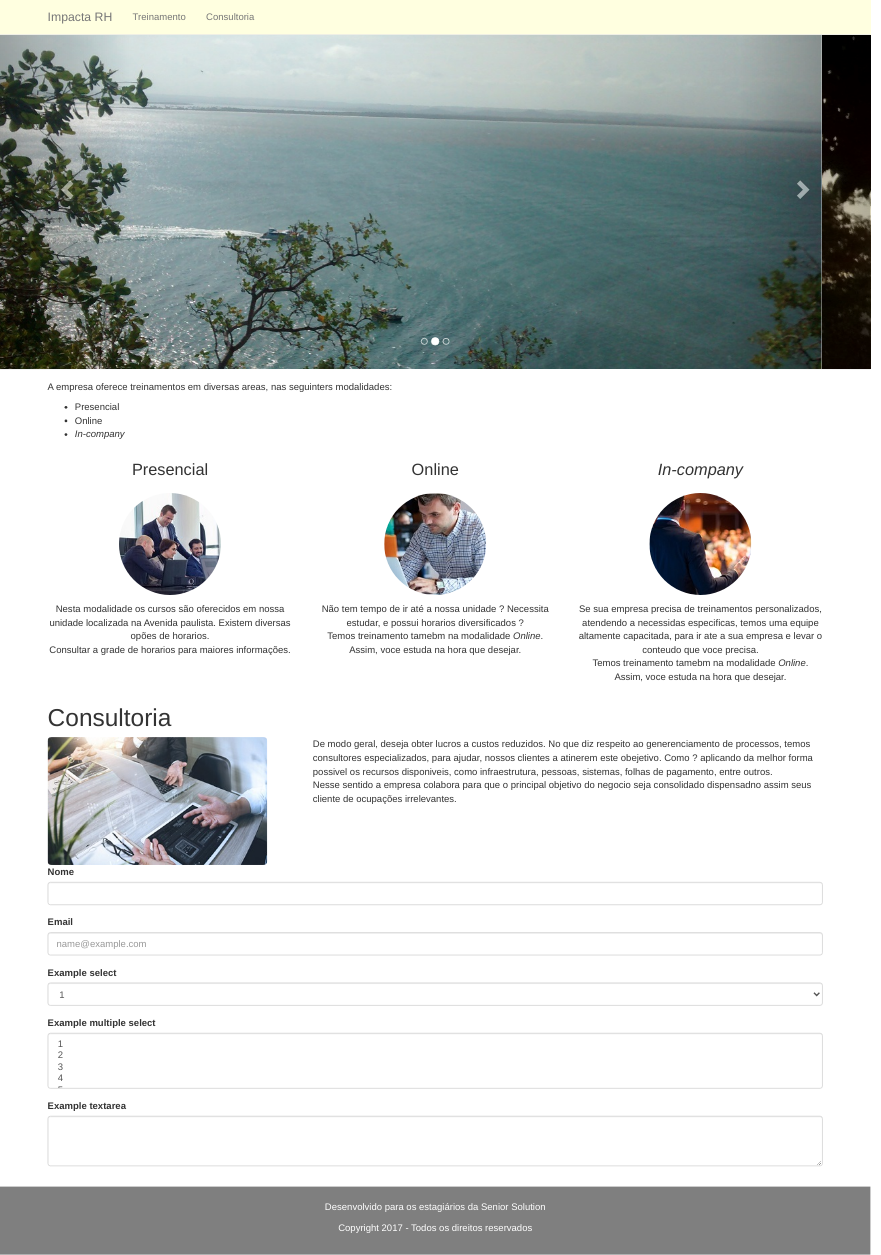
Repository: NicholasMaestrello/treinamento-impacta
Page: DesenvolvimentoJava/Modulo06/02_EmpresaRH/WebContent/produtos.html
These files come from the project's save history. The page is drawn as it stood at one moment and after the next save; the edit follows.
The browser window is 1280 px wide. The page is 1295 px wide, so the pictures cover 1295 px, including what lies to the right of the window. The pictures show the whole page, at 68% of full size.
Some web libraries are served in a nearby version.

Above is the page before, as saved 2017-10-20 18:42:12.

### DesenvolvimentoJava/Modulo06/02_EmpresaRH/WebContent/produtos.html
<!DOCTYPE html>
<html>
<head>
<meta charset=UTF-8>
<meta name="viewport" content="width=device-width, initial-scale=1.0">
<title>Apresentação dos Produtos</title>
<link rel="stylesheet"
	href="https://maxcdn.bootstrapcdn.com/bootstrap/3.3.7/css/bootstrap.min.css">
<link rel="stylesheet" href="css/produtos.css">
</head>
<body>
	<nav class="navbar navbar-default navbar-fixed-top"
		style="background-color: lightyellow;">
		<div class="container">
			<div class="navbar-header">
				<button type="button" class="navbar-toggle" data-toggle="collapse"
					data-target=".navbar-collapse">
					<span class="icon-bar"></span> <span class="icon-bar"></span> <span
						class="icon-bar"></span>
				</button>
				<a class="navbar-brand" href="#">Impacta RH</a>
			</div>

			<div class="navbar-collapse collapse">
				<ul class="nav navbar-nav">
					<li><a href="#treinamento">Treinamento</a></li>
					<li><a href="#consultoria">Consultoria</a></li>
				</ul>
			</div>
		</div>
	</nav>

	<div class="row">
		<div class="col-xs-12">
			<div id="slides" class="carousel slide" data-ride="carousel">
				<ol class="carousel-indicators">
					<li data-target="#slides" data-slide-to="0" class="active"></li>
					<li data-target="#slides" data-slide-to="1"></li>
					<li data-target="#slides" data-slide-to="2"></li>
				</ol>

				<!-- conteudo dos slides -->
				<div class="carousel-inner" role="listbox">
					<div class="item active">
						<img src="imagens/carousel01.jpg" />
					</div>
					<div class="item">
						<img src="imagens/carousel02.jpg" />
					</div>
					<div class="item">
						<img src="imagens/carousel03.jpg" />
					</div>
				</div>

				<a class="left carousel-control" href="#slides" role="button"
					data-slide="prev"><span
					class="glyphicon glyphicon-chevron-left" aria-hidden="true"></span>
					<span class="sr-only">Anterior</span> </a> <a
					class="right carousel-control" href="#slides" role="button"
					data-slide="next"><span
					class="glyphicon glyphicon-chevron-right" aria-hidden="true"></span>
					<span class="sr-only">Próxima</span> </a>
			</div>
			<div class="container body-content clearfix">
				<section id="treinamento">
					<p>A empresa oferece treinamentos em diversas areas, nas
						seguinters modalidades:</p>
					<ul>
						<li>Presencial</li>
						<li>Online</li>
						<li><i>In-company</i></li>
					</ul>

					<div class="row center-image">
						<div class="col-md-4">
							<h3>Presencial</h3>
							<img src="imagens/curso-presencial.jpg"
								class="img-circle margin-image" />
							<p>
								Nesta modalidade os cursos são oferecidos em nossa unidade
								localizada na Avenida paulista. Existem diversas opões de
								horarios. <br /> Consultar a grade de horarios para maiores
								informações.
							</p>
						</div>
						<div class="col-md-4">
							<h3>Online</h3>
							<img src="imagens/curso-online.jpg"
								class="img-circle margin-image" />
							<p>
								Não tem tempo de ir até a nossa unidade ? Necessita estudar, e
								possui horarios diversificados ? <br /> Temos treinamento
								tamebm na modalidade <i>Online</i>. Assim, voce estuda na hora
								que desejar.
							</p>
						</div>
						<div class="col-md-4">
							<h3>
								<i>In-company</i>
							</h3>
							<img src="imagens/curso-incompany.jpg"
								class="img-circle margin-image" />
							<p>
								Se sua empresa precisa de treinamentos personalizados, atendendo
								a necessidas especificas, temos uma equipe altamente capacitada,
								para ir ate a sua empresa e levar o conteudo que voce precisa. <br />
								Temos treinamento tamebm na modalidade <i>Online</i>. Assim,
								voce estuda na hora que desejar.
							</p>
						</div>
					</div>
				</section>
				<section id="consultoria">
					<h1>Consultoria</h1>
					<div class="row">
						<div class="col-md-4">
							<img src="imagens/consultoria.jpg" class="img-rounded">
						</div>
						<div class="col-md-8">
							<p>
								De modo geral, deseja obter lucros a custos reduzidos. No que
								diz respeito ao generenciamento de processos, temos consultores
								especializados, para ajudar, nossos clientes a atinerem este
								obejetivo. Como ? aplicando da melhor forma possivel os recursos
								disponiveis, como infraestrutura, pessoas, sistemas, folhas de
								pagamento, entre outros.<br /> Nesse sentido a empresa colabora
								para que o principal objetivo do negocio seja consolidado
								dispensadno assim seus cliente de ocupações irrelevantes.
							</p>
						</div>
					</div>
				</section>
				<section id="contato">
					<form>
						<div class="form-group">
							<label for="nome">Nome</label> <input type="email"
								class="form-control" id="nome" name="nome" />
						</div>
						<div class="form-group">
							<label for="email">Email</label> <input type="email"
								class="form-control" id="email" name="email"
								placeholder="name@example.com">
						</div>
						<div class="form-group">
							<label for="exampleFormControlSelect1">Example select</label> <select
								class="form-control" id="exampleFormControlSelect1">
							<option>1</option>
							<option>2</option>
							<option>3</option>
							<option>4</option>
							<option>5</option>
							</select>
						</div>
						<div class="form-group">
							<label for="exampleFormControlSelect2">Example multiple
								select</label> <select multiple class="form-control"
								id="exampleFormControlSelect2">
								<option>1</option>
								<option>2</option>
								<option>3</option>
								<option>4</option>
								<option>5</option>
							</select>
						</div>
						<div class="form-group">
							<label for="exampleFormControlTextarea1">Example textarea</label>
							<textarea class="form-control" id="exampleFormControlTextarea1"
								rows="3"></textarea>
						</div>
					</form>
				</section>
			</div>
			<div class="footer">
				<p>Desenvolvido para os estagiários da Senior Solution</p>
				<p>Copyright 2017 - Todos os direitos reservados</p>
			</div>
		</div>
	</div>

	<script type="text/javascript"
		src="https://code.jquery.com/jquery-3.2.1.min.js"></script>
	<script
		src="https://maxcdn.bootstrapcdn.com/bootstrap/3.3.7/js/bootstrap.min.js"></script>
</body>
</html>

### DesenvolvimentoJava/Modulo06/02_EmpresaRH/WebContent/css/produtos.css
.carousel-inner > .item >img{
	position: relative;
	min-width: 100%;
	min-height: 100%;
}

.body-content {
	clear: both;
	padding: 15px;
}

.center-image{
	text-align: center;
}

.margin-image{
	margin: 10px;
}

.footer{
	bottom:0;
	width: 100%;
	text-align: center;
	padding: 20px;
	background-color: #7F7F7F;
	color: white;
}

After the next save:
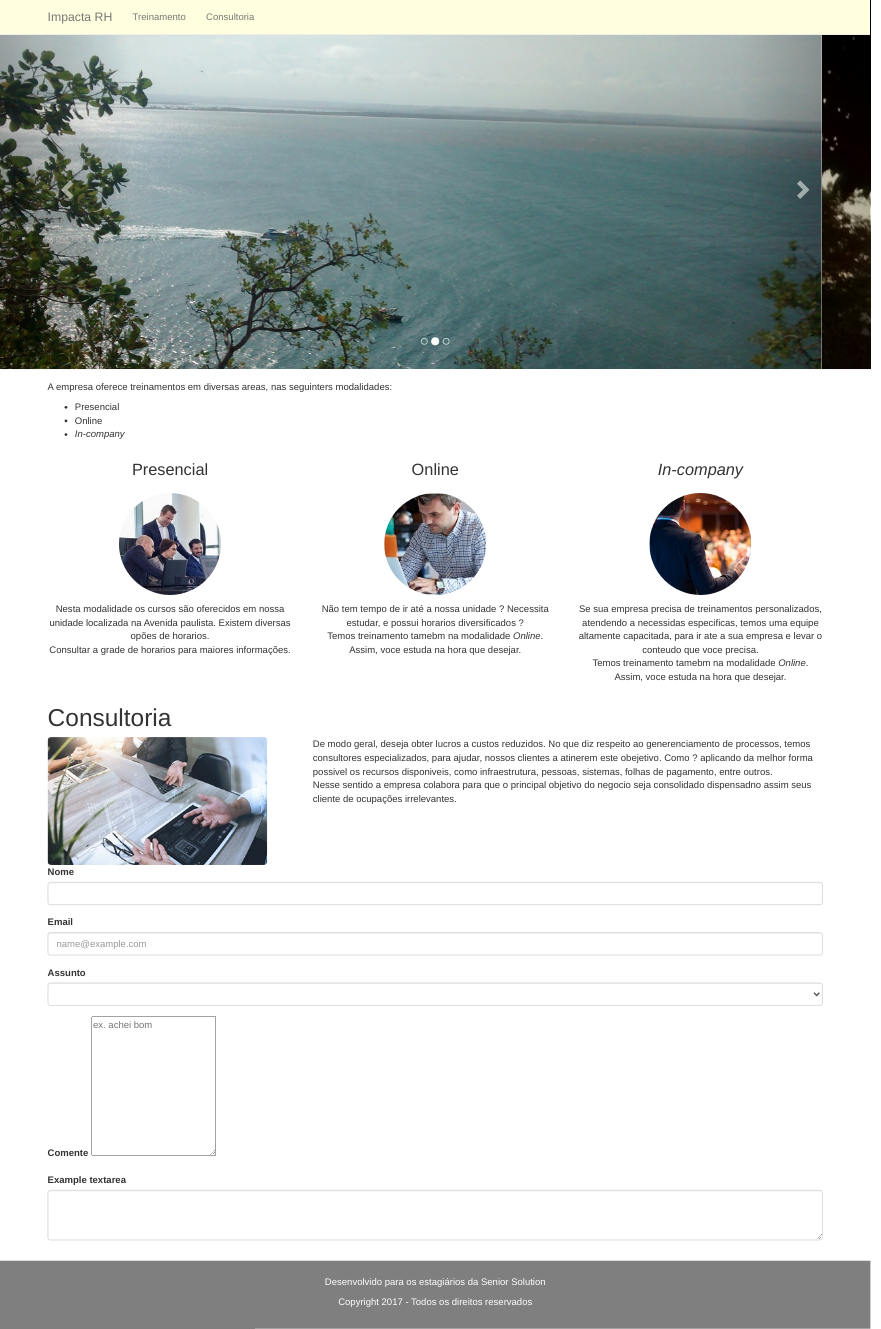
Saved 119 s later.
--- a/DesenvolvimentoJava/Modulo06/02_EmpresaRH/WebContent/produtos.html
+++ b/DesenvolvimentoJava/Modulo06/02_EmpresaRH/WebContent/produtos.html
@@ -137,30 +137,15 @@
 								class="form-control" id="nome" name="nome" />
 						</div>
 						<div class="form-group">
-							<label for="email">Email</label> <input type="email"
-								class="form-control" id="email" name="email"
-								placeholder="name@example.com">
+							<label for="email">Email</label> <input type="email" class="form-control" id="email" name="email" placeholder="name@example.com">
 						</div>
 						<div class="form-group">
-							<label for="exampleFormControlSelect1">Example select</label> <select
-								class="form-control" id="exampleFormControlSelect1">
-							<option>1</option>
-							<option>2</option>
-							<option>3</option>
-							<option>4</option>
-							<option>5</option>
-							</select>
+							<label for="assunto">Assunto</label>
+							<select class="form-control" id="assunto"></select>
 						</div>
 						<div class="form-group">
-							<label for="exampleFormControlSelect2">Example multiple
-								select</label> <select multiple class="form-control"
-								id="exampleFormControlSelect2">
-								<option>1</option>
-								<option>2</option>
-								<option>3</option>
-								<option>4</option>
-								<option>5</option>
-							</select>
+							<label for="comentario">Comente</label>
+							<textarea rows="10" cols="20" placeholder="ex. achei bom"></textarea>
 						</div>
 						<div class="form-group">
 							<label for="exampleFormControlTextarea1">Example textarea</label>
